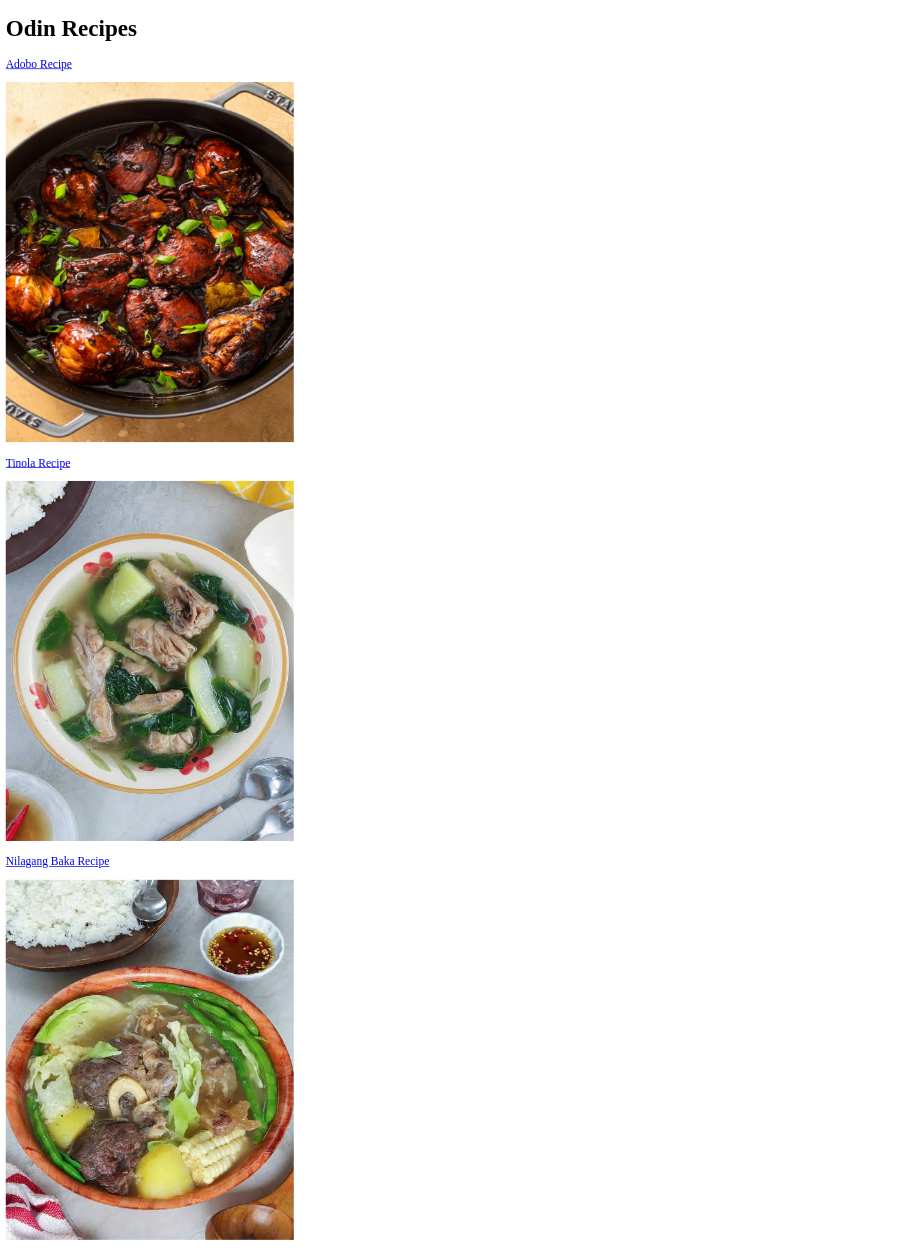
Repository: StevePrado/odin-recipes
Page: index.html
An editor plug-in stored every save of this project. The page is shown before and after the next save, followed by the edit.
The browser window is 1280 px wide. The pictures show the whole page, at 72% of full size.

Above is the page before, as saved 2026-09-19 09:26:39.

After the next save:
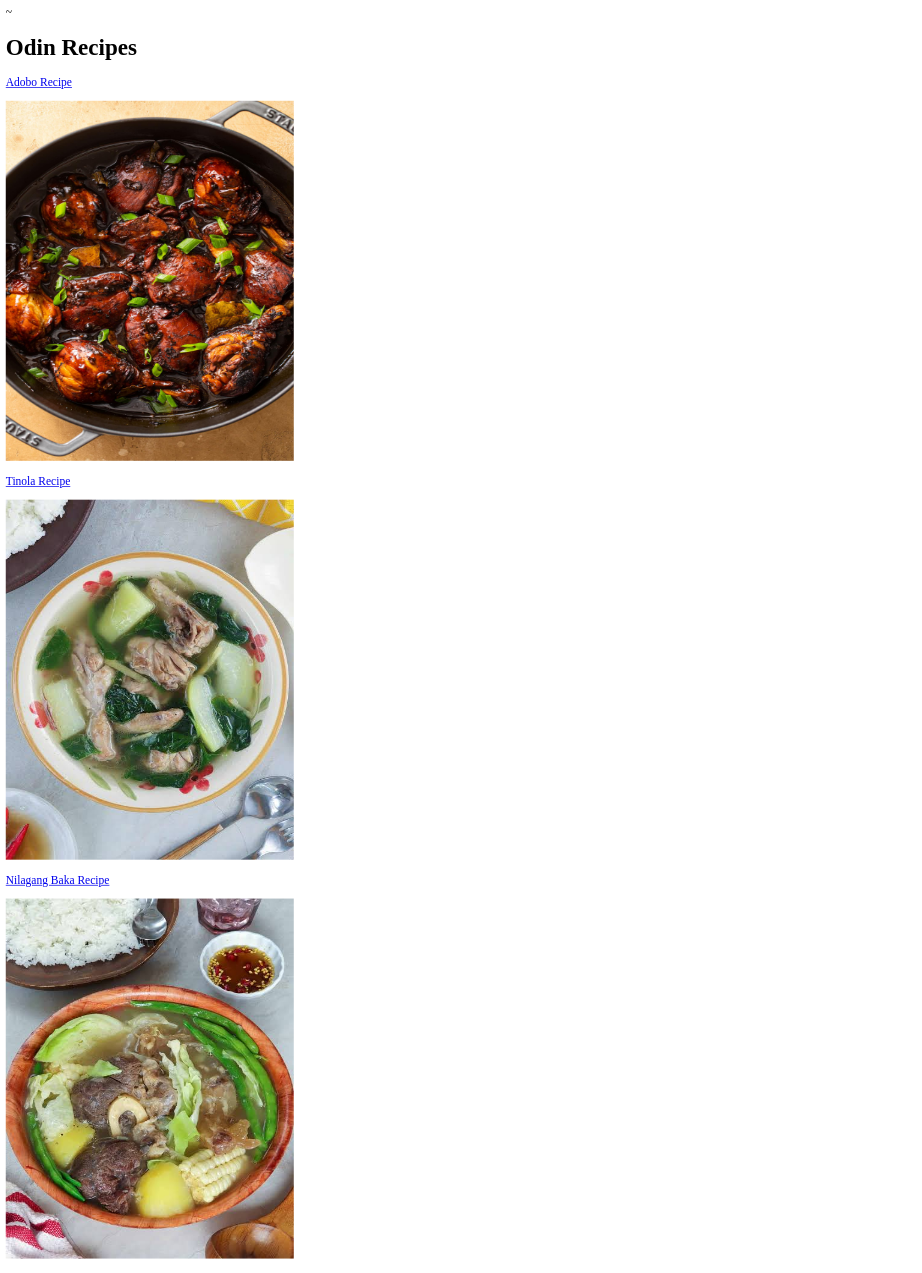
Saved 5 min 6 s later.
--- a/index.html
+++ b/index.html
@@ -5,7 +5,7 @@
   <meta name="viewport" content="width=device-width, initial-scale=1.0">
   <title>Document</title>
 </head>
-<body>
+<body>~
   <h1>Odin Recipes</h1>
   <a href="recipes/adobo.html">Adobo Recipe</a>
   <p></p>
